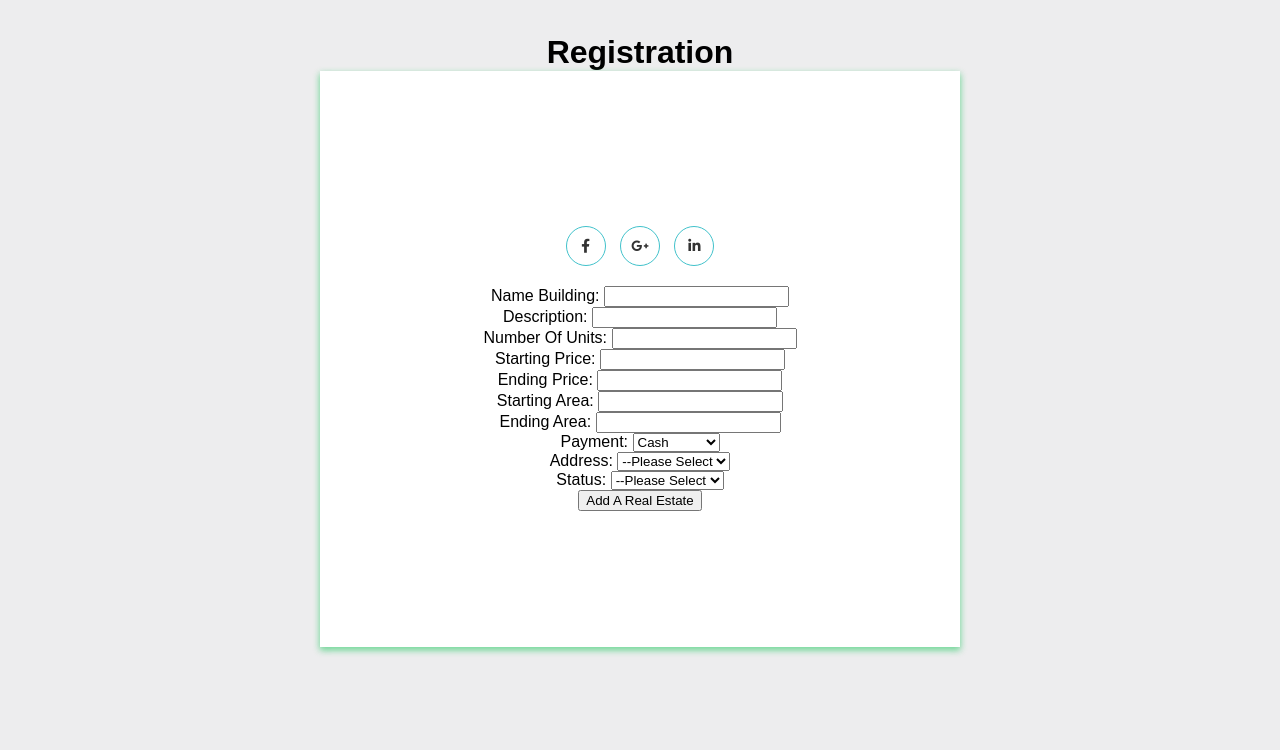
Repository: danaalhaji/realest
Page: http://localhost/realeast/WEB-INF/addEstate.jsp
The author's editor kept a copy of each file at every save. The page is drawn from the files as they stood at one save, then again after the next save.
The browser window is 1280 px wide. The pictures show the whole page.
Some web fonts or font styles are not loaded; a fallback is used. Some web libraries are served in a nearby version. The page is served by Tomcat 9. Nobody is signed in. Other server files are loaded and not shown. The template is opened directly, without the code that normally fills it, so the values that code supplies are empty.

Above is the page before, as saved 2022-11-22 23:25:11.

### realeast/src/main/webapp/WEB-INF/addEstate.jsp
<%@ page language="java" contentType="text/html; charset=ISO-8859-1"
	pageEncoding="ISO-8859-1"%>
<!-- c:out ; c:forEach etc. -->
<%@taglib uri="http://java.sun.com/jsp/jstl/core" prefix="c"%>
<!-- Formatting (dates) -->
<%@taglib uri="http://java.sun.com/jsp/jstl/fmt" prefix="fmt"%>
<!-- form:form -->
<%@ taglib prefix="form" uri="http://www.springframework.org/tags/form"%>
<!-- for rendering errors on PUT routes -->
<%@ page isErrorPage="true"%>
<!DOCTYPE html>
<html>
<head>
<meta charset="UTF-8">
<base href="/">

<title>Realest</title>
<link rel="stylesheet" type="text/css" href="css/style2.css">
<link rel="stylesheet" type="text/css"
	href="https://cdnjs.cloudflare.com/ajax/libs/font-awesome/5.14.0/css/all.min.css">
</head>
<body>
<h1>Registration</h1>
	<main class="registerForm">

		<div class="social-container">
			<a href="https://rpbloggers.com/"><i class="fab fa-facebook-f"></i></a>
			<a href="https://rpbloggers.com/"><i class="fab fa-google-plus-g"></i></a>
			<a href="https://rpbloggers.com/"><i class="fab fa-linkedin-in"></i></a>
		</div>
    <form:form action="/company/estate/submit" method="post" modelAttribute="newProject">
        <div class="form-group">
            <label>Name Building:</label>
            <form:input path="proName" class="form-control" />
            <form:errors path="proName" class="text-danger" />
        </div>
        <div class="form-group">
            <label>Description:</label>
            <form:input path="description" class="form-control" />
            <form:errors path="description" class="text-danger" />
        </div>
        <div class="form-group">
            <label>Number Of Units:</label>
            <form:input path="numberOfUnits" class="form-control" />
            <form:errors path="numberOfUnits" class="text-danger" />
        </div>
        <div class="form-group">
            <label>Starting Price:</label>
            <form:input path="satrtingPrice" class="form-control" />
            <form:errors path="satrtingPrice" class="text-danger" />
        </div>
        <div class="form-group">
            <label>Ending Price:</label>
            <form:input path="endingPrice" class="form-control" />
            <form:errors path="endingPrice" class="text-danger" />
        </div>
        <div class="form-group">
            <label>Starting Area:</label>
            <form:input path="satrtingArea" class="form-control" />
            <form:errors path="satrtingArea" class="text-danger" />
        </div>
        <div class="form-group">
            <label>Ending Area:</label>
            <form:input path="endingArea" class="form-control" />
            <form:errors path="endingArea" class="text-danger" />
        </div>
        <div class="form-group">
        <label>Payment:</label>
        <form:select name="payment" path="payment">
  			<form:option value="cash">Cash</form:option>
  			<form:option value="installment">Installment</form:option>
  			<form:errors path="payment" class="text-danger" />
		</form:select>
        </div>

         <div class="form-group">
            <label>Address:</label>
    			<form:select path="address">
     			<form:option value="-" label="--Please Select"/>
    		 	<form:options items="${enumValues}" />
				</form:select>
				<form:errors path="address" class="text-danger" />
  		</div>
  		 <div class="form-group">
            <label>Status:</label>
    			<form:select path="status">
     			<form:option value="-" label="--Please Select"/>
    		 	<form:options items="${enumValues}" />
				</form:select>
				<form:errors path="status" class="text-danger" />
  		</div>
        <input type="submit" value="Add A Real Estate" class="btn btn-primary" />
    </form:form>
</main>

</body>
</html>

### realeast/src/main/resources/static/css/style2.css
@charset "windows-1256";

@import url('https://fonts.googleapis.com/css2?family=Raleway:wght@100;500&display=swap');

:root {
	--primary-color: #41C2CB;
	--secondary-color: #80D6DC;
}

* {
	box-sizing: border-box;
}

body {
	background: #EDEDEE;
	display: flex;
	justify-content: center;
	align-items: center;
	flex-direction: column;
	font-family: 'Raleway', sans-serif;
	height: 100vh;
	margin: -20px 0 50px;
}

h1 {
	font-weight: bold;
	margin: 0;
}

h2 {
	text-align: center;
}

p {
	font-size: 14px;
	line-height: 20px;
	margin: 20px 0 30px;
}

a {
	color: #333;
	font-size: 14px;
	text-decoration: none;
	margin: 15px 0;
}

button {
	border-radius: 20px;
	background-color: #2eca6a;
	color: #FFFFFF;
	font-size: 12px;
	font-weight: bold;
	padding: 12px 45px;
	text-transform: uppercase;
	cursor: pointer;
	border: none;
}

button:hover {
	transform: scale(1.05);
}

button.signup_btn {
	background-color: transparent;
	border-color: #FFFFFF;
}

.registerForm {
	background-color: #FFFFFF;
	width: 50%;
	display: flex;
	align-items: center;
	justify-content: center;
	flex-direction: column;
	padding: 0 50px;
	height: 80vh;
	text-align: center;
	box-shadow: 0 3px 6px rgba(46, 202, 106, 0.4),
			0 3px 7px rgba(46, 202, 106, 0.4);
}

#newUser {
	width: 80%;
}
.specialInput {
	background-color: #EDEDEE;
	border: none;
	padding: 12px 15px;
	margin: 8px 0;
	width: 100%;
	border-radius: 5px;
}




.form {
	position: absolute;
	top: 0;
	height: 100%;
}

.sign-in-container {
	left: 0;
	width: 50%;
}

.overlay-container {
	position: absolute;
	top: 0;
	left: 50%;
	width: 50%;
	height: 100%;
	overflow: hidden;
}

.overlay {
	background: #41C2CB;
	background: linear-gradient(to right, var(--secondary-color), var(--primary-color));
	background-repeat: no-repeat;
	background-size: cover;
	background-position: 0 0;
	color: #FFFFFF;
	position: relative;
	left: -100%;
	height: 100%;
	width: 200%;
}

.overlay-panel {
	position: absolute;
	display: flex;
	align-items: center;
	justify-content: center;
	flex-direction: column;
	padding: 0 40px;
	text-align: center;
	top: 0;
	height: 100%;
	width: 50%;
}

.overlay-right {
	right: 0;
}

.social-container {
	margin: 20px 0;
}

.social-container a {
	border: 1px solid var(--primary-color);
	border-radius: 50%;
	display: inline-flex;
	justify-content: center;
	align-items: center;
	margin: 0 5px;
	height: 40px;
	width: 40px;
}
.social-container a:hover{
	transform: scale(1.08);
}

After the next save:
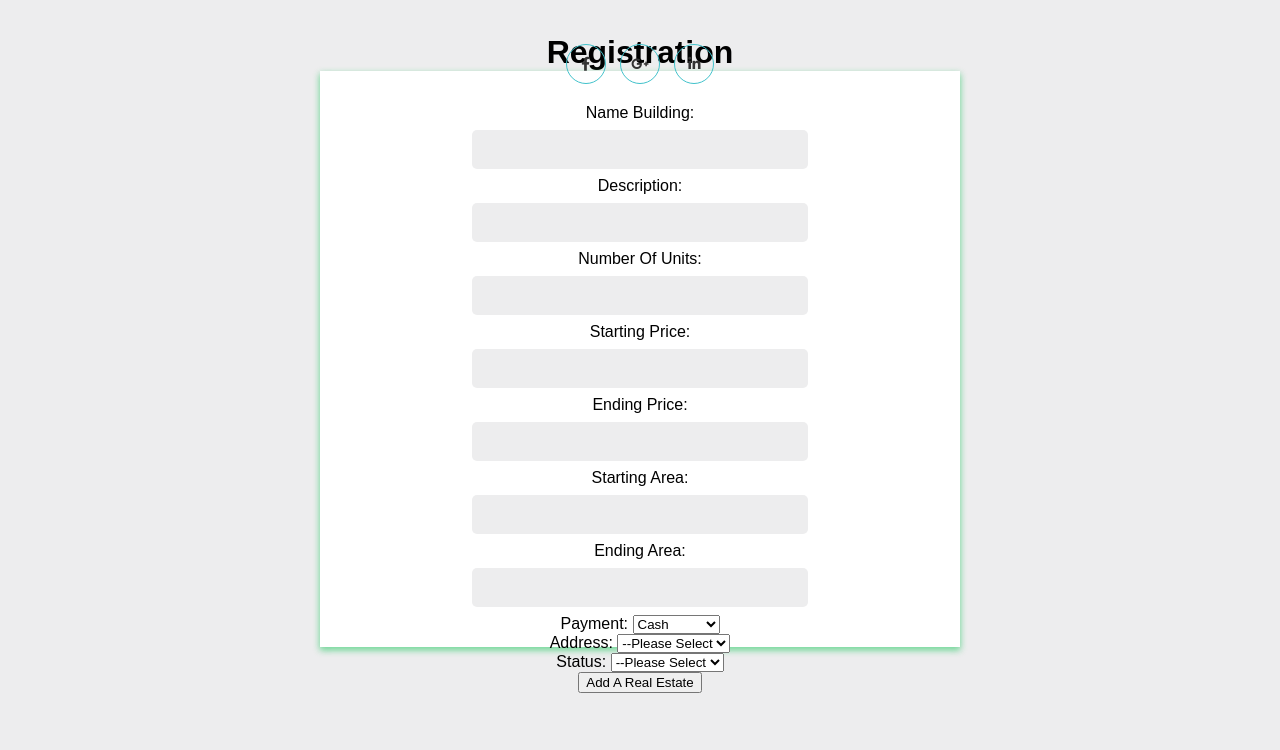
Saved 110 s later.
--- a/realeast/src/main/webapp/WEB-INF/addEstate.jsp
+++ b/realeast/src/main/webapp/WEB-INF/addEstate.jsp
@@ -31,37 +31,37 @@
     <form:form action="/company/estate/submit" method="post" modelAttribute="newProject">
         <div class="form-group">
             <label>Name Building:</label>
-            <form:input path="proName" class="form-control" />
+            <form:input path="proName" class="specialInput" />
             <form:errors path="proName" class="text-danger" />
         </div>
         <div class="form-group">
             <label>Description:</label>
-            <form:input path="description" class="form-control" />
+            <form:input path="description" class="specialInput" />
             <form:errors path="description" class="text-danger" />
         </div>
         <div class="form-group">
             <label>Number Of Units:</label>
-            <form:input path="numberOfUnits" class="form-control" />
+            <form:input path="numberOfUnits" class="specialInput" />
             <form:errors path="numberOfUnits" class="text-danger" />
         </div>
         <div class="form-group">
             <label>Starting Price:</label>
-            <form:input path="satrtingPrice" class="form-control" />
+            <form:input path="satrtingPrice" class="specialInput" />
             <form:errors path="satrtingPrice" class="text-danger" />
         </div>
         <div class="form-group">
             <label>Ending Price:</label>
-            <form:input path="endingPrice" class="form-control" />
+            <form:input path="endingPrice" class="specialInput" />
             <form:errors path="endingPrice" class="text-danger" />
         </div>
         <div class="form-group">
             <label>Starting Area:</label>
-            <form:input path="satrtingArea" class="form-control" />
+            <form:input path="satrtingArea" class="specialInput" />
             <form:errors path="satrtingArea" class="text-danger" />
         </div>
         <div class="form-group">
             <label>Ending Area:</label>
-            <form:input path="endingArea" class="form-control" />
+            <form:input path="endingArea" class="specialInput" />
             <form:errors path="endingArea" class="text-danger" />
         </div>
         <div class="form-group">
